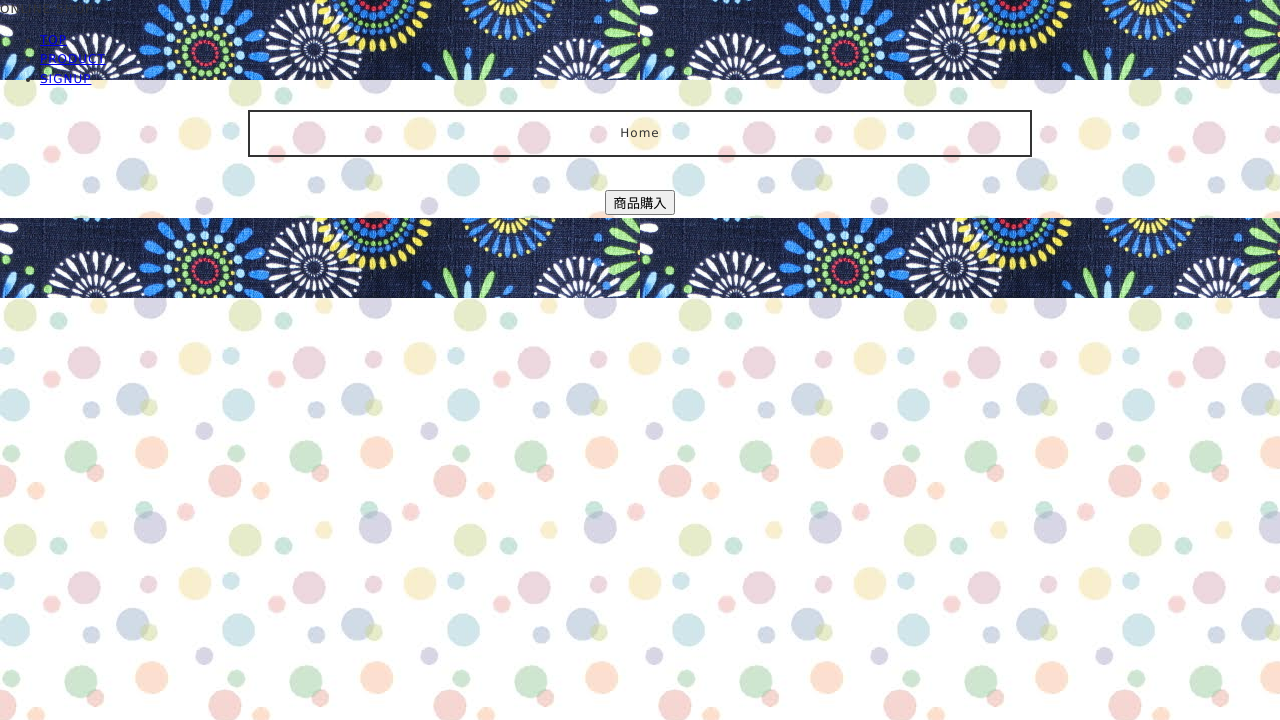
Repository: rt-1217/j2
Page: http://localhost/ecsite01/
An editor plug-in stored every save of this project. The page is shown before and after the next save, followed by the edit.
The browser window is 1280 px wide. The pictures show the whole page.
The page is served by Tomcat 9.

Above is the page before, as saved 2018-05-29 06:27:59.

After the next save:
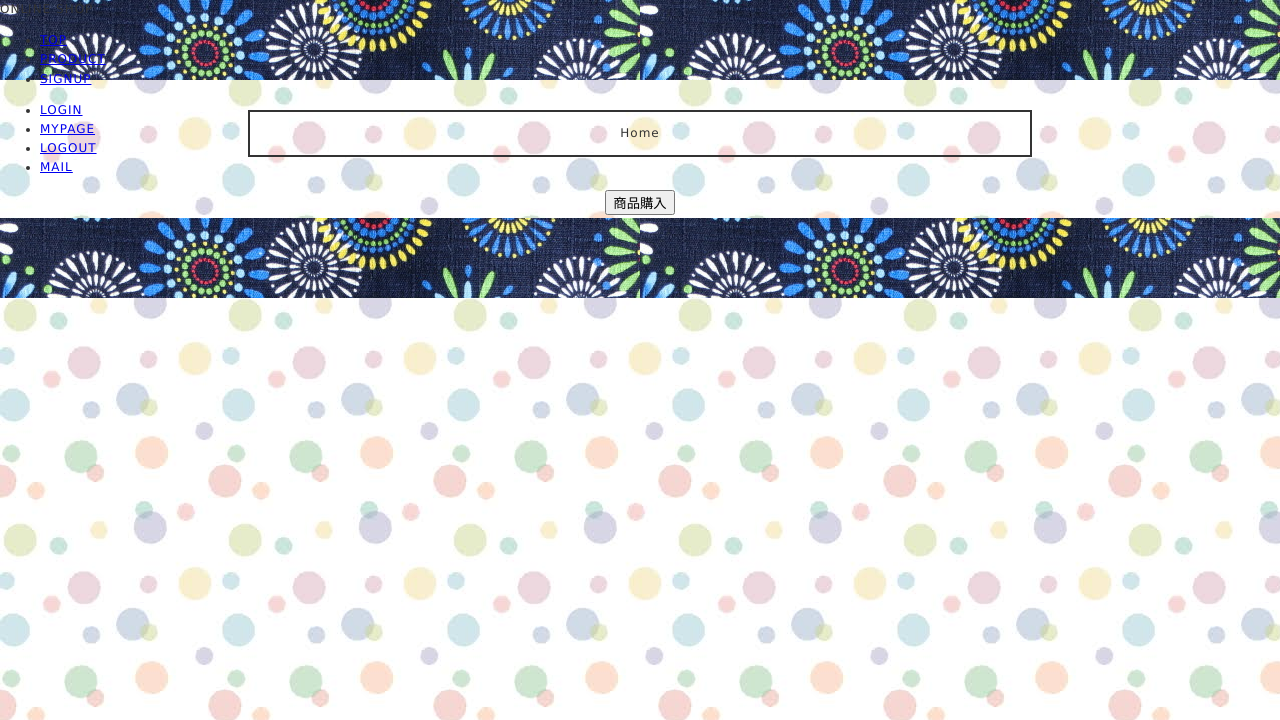
Saved 2 min 7 s later.
--- a/ecsite01/WebContent/home.jsp
+++ b/ecsite01/WebContent/home.jsp
@@ -21,6 +21,7 @@
 
 </head>
 <body>
+<header>
 <div id="header">
 <div class="header-logo">ONLINE SHOP</div>
 
@@ -34,12 +35,23 @@
 </ul>
 </div>
 
+<div class="right-list">
+<ul>
+<li><a href='<s:url action="GoLoginAction"/>'>LOGIN</a></li>
+<li><a href='<s:url action="MyPageAction"/>'>MYPAGE</a></li>
+<li><a href='<s:url action="LogoutAction"/>'>LOGOUT</a></li>
+<li><a href='<s:url action="InquiryAction"/>'>MAIL</a></li>
+</ul>
+
+</div>
+
 
 
 
 </div>
 
 </div>
+</header>
 <div id="main">
 <div id="top">
 <p>Home</p>
